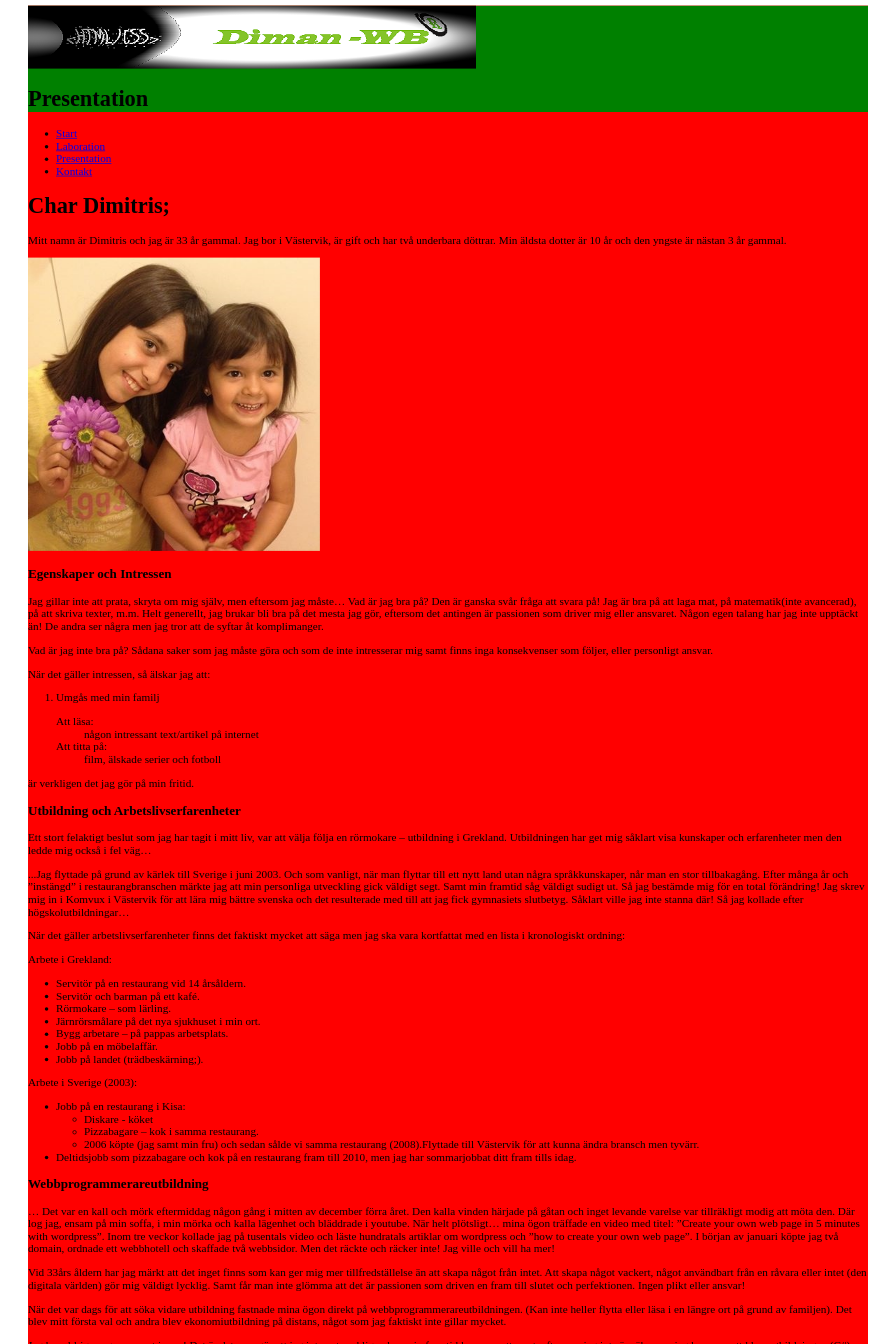
Repository: dn222em/1ik415-laborationer
Page: pages/Presentation.html
The author's editor kept a record of every edit. The page is drawn from the files as they stood at one moment, then again after the next edit.
The browser window is 1280 px wide. The pictures show the part of the page from y = 0 to 1920 px (the page is 1973 px tall before and 4302 px after), at 70% of full size.

Above is the page before.

After the next edit:
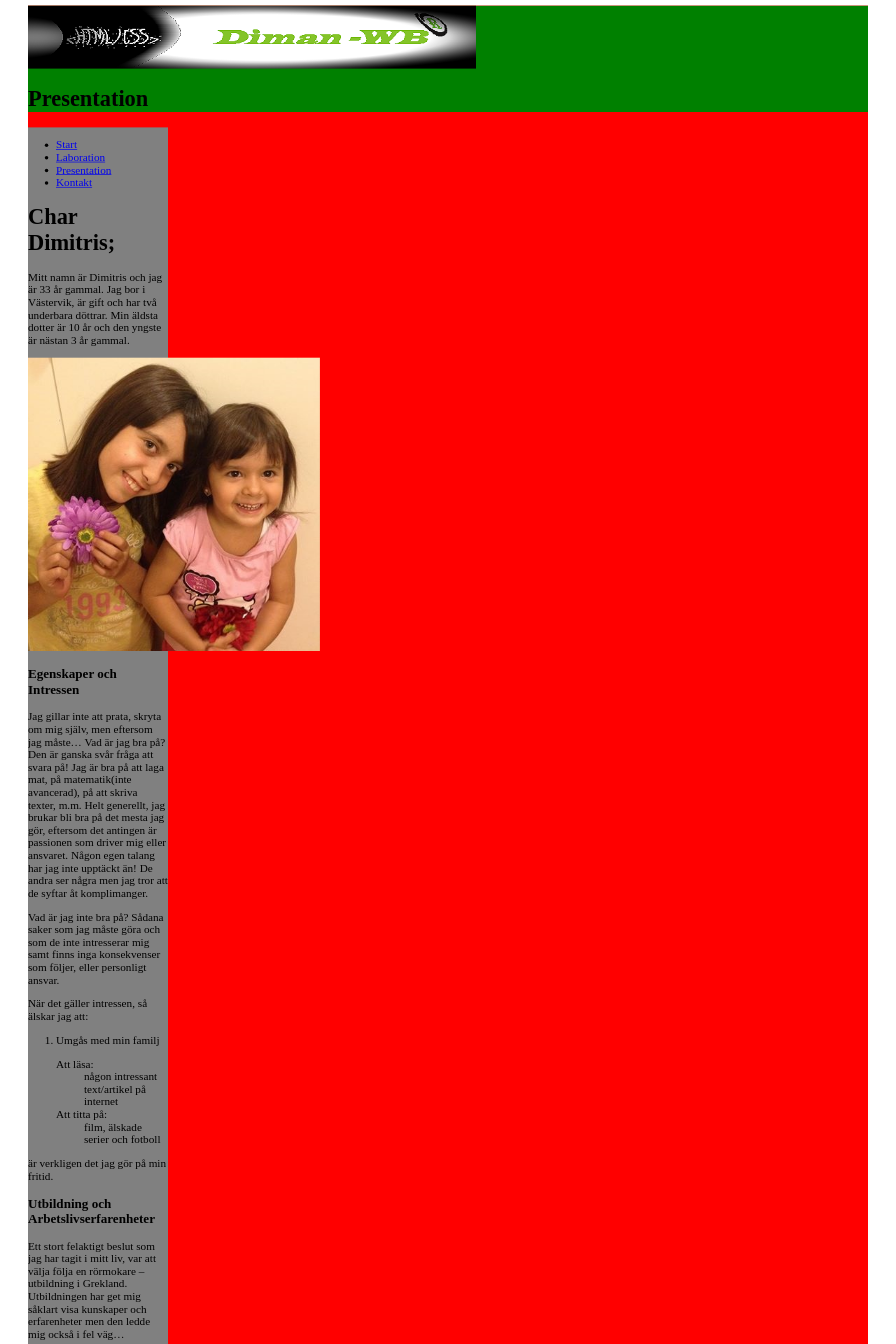
The edit:
--- a/pages/Presentation.html
+++ b/pages/Presentation.html
@@ -15,7 +15,7 @@
 			<a id="logo"><img src="../pics/logo.png" alt="Logotype" /></a>
 			<h1>Presentation</h1>
 		</div>
-
+    	<div id="navigation">
         <ul>
 			<li><a href="../index.html">Start</a></li>
 			<li><a href="../pages/laborationer.html">Laboration</a></li>
